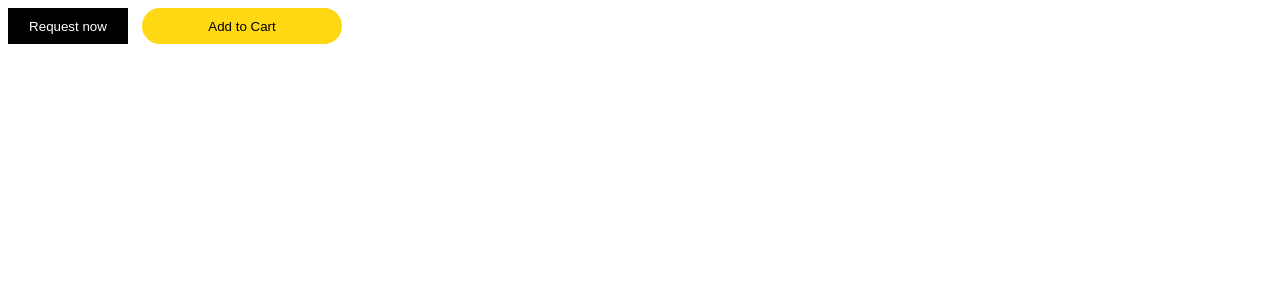
Repository: Kurumilli/Youtube
Page: Exercise2.html
An editor plug-in stored every save of this project. The page is shown before and after the next save, followed by the edit.
The browser window is 1280 px wide. The pictures show the whole page.

Above is the page before, as saved 2025-01-23 20:32:41.

### Exercise2.html
<html>
    <body>
        <style>
            .uber{
                background-color: black;
                color: white;
                height:36px;
                border: none;
                width: 120px;
                margin-right: 10px;
            }

            .amazon{
                background-color: rgb(255,216,20);
                height: 36px;
                width: 200px;
                border-radius: 18px;
                border: none;

            }
        </style>

        <button class="uber">
                Request now
        </button>

        <button class="amazon">
            Add to Cart
        </button>


    </body>
</html>

After the next save:
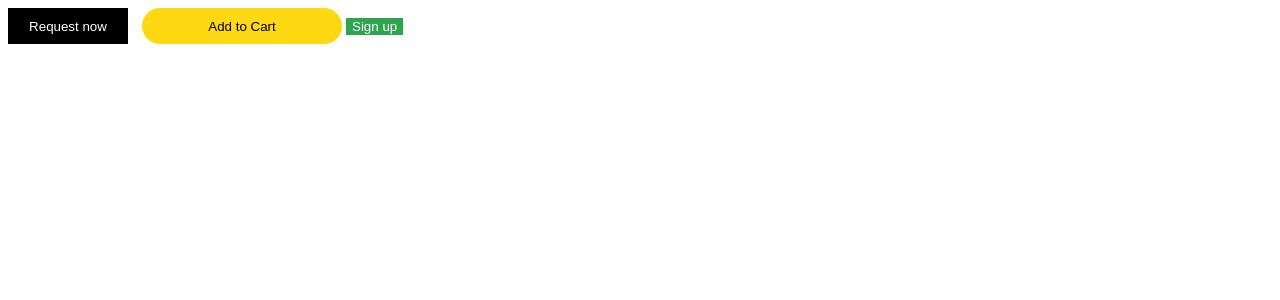
Saved 96 s later.
--- a/Exercise2.html
+++ b/Exercise2.html
@@ -16,6 +16,12 @@
                 width: 200px;
                 border-radius: 18px;
                 border: none;
+            }
+
+            .Github{
+                background-color: rgb(46,164,79);
+                color: White;
+                border: none;
 
             }
         </style>
@@ -28,6 +34,10 @@
             Add to Cart
         </button>
 
+        <button class="Github">
+            Sign up
+        </button>
+
 
     </body>
 </html>
